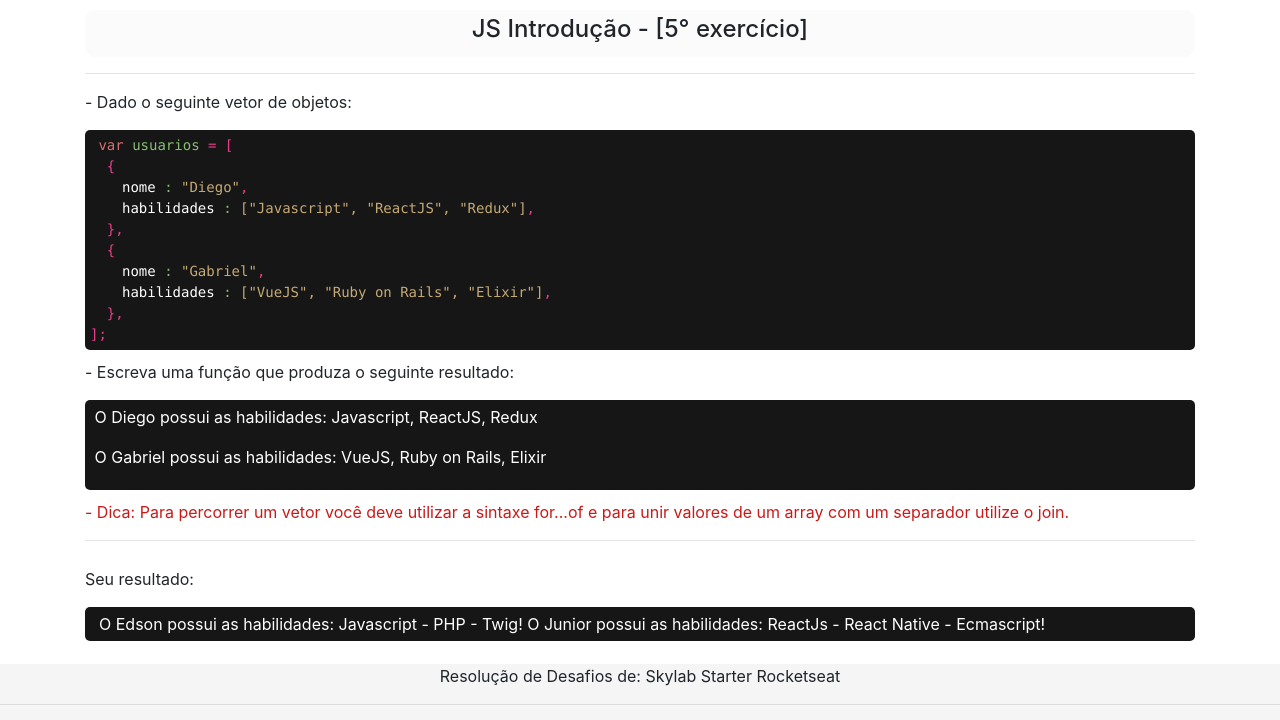
Repository: edsonjuniornarvaes/JS-Starter-Chalenge-Skylab
Page: introducao/exercicio-5/ex5.html
These files come from the project's save history. The page is drawn as it stood at one moment and after the next save; the edit follows.
The browser window is 1280 px wide. The pictures show the whole page.

Above is the page before, as saved 2020-06-10 10:35:44.

### introducao/exercicio-5/ex5.html
<html>
    <header>
        <meta charset="utf-8">
        <link rel="stylesheet" type="text/css" href="../style.css">
        <link rel='stylesheet' href='https://cdnjs.cloudflare.com/ajax/libs/twitter-bootstrap/4.5.0/css/bootstrap.css'/>
    </header>
    <body id="myBody">
        <div class="container">
            <div class="title">
                <h4>JS Introdução - [5° exercício]</h4>
            </div>
            <hr>
            <p>- Dado o seguinte vetor de objetos:</p>

            <fieldset>
                <code>
                    <span class="var">&nbsp;var</span> <span class="nameObject">usuarios </span>= [<br>
                        &nbsp;&nbsp;{<br>
                        <span class="after enbsp">nome</span><span class="pontos"> : </span><span class="before">"Diego"</span>, <br>
                        <span class="after enbsp">habilidades</span><span class="pontos"> : </span><span class="before">["Javascript", "ReactJS", "Redux"]</span>, <br>
                        &nbsp;&nbsp;},<br>
                        &nbsp;&nbsp;{<br>
                        <span class="after enbsp">nome</span><span class="pontos"> : </span><span class="before">"Gabriel"</span>, <br>
                        <span class="after enbsp">habilidades</span><span class="pontos"> : </span><span class="before">["VueJS", "Ruby on Rails", "Elixir"]</span>, <br>
                        &nbsp;&nbsp;},<br>
                        ];
                </code>
            </fieldset>
            <p>- Escreva uma função que produza o seguinte resultado:</p>
            <fieldset>
                <p>&nbsp;O Diego possui as habilidades: Javascript, ReactJS, Redux</p>
                <p>&nbsp;O Gabriel possui as habilidades: VueJS, Ruby on Rails, Elixir</p>
            </fieldset>
            <p class="dica">- Dica: Para percorrer um vetor você deve utilizar a sintaxe for...of e para unir valores de um array
                com um separador utilize o join.</p>
            <hr>
            <div class="row" id="atv5">

            </div>
            <p>Seu resultado:</p>
            <fieldset>
                <div id="setArr">
                    &nbsp;
                </div>
            </fieldset>
        </div>
    </body>
    <footer>Resolução de Desafios de: Skylab Starter Rocketseat<hr></footer>
    <script src="ex5.js"></script>
</html>

### introducao/style.css
fieldset {
    background-color: rgb(22, 22, 22);
    color: white;
    border-radius: 5px;
    padding: 5px!important;
    margin-bottom: 10px!important;
}

.dica {
    color: rgb(202, 25, 25);
}

.nameObject, .pontos {
    color: rgb(134, 192, 116);
}

.after, .txtCode {
    color: white;
}

.before {
    color: rgb(198, 170, 118);
}

.var {
    color: rgb(214, 114, 114);
}

.title {
    background: #dcdddd21;
    text-align: center;
    margin-top: 10px!important;
    padding: 5px;
    border-radius: 10px;
}

footer {
    text-align: center;
    background: #545b620f;
    width: 100%;
    height: 56px;
    position: absolute;
    bottom: 0px;
    left: 0;
}

button {
    margin-left: 5px!important;
}

.row {
    margin-bottom: 10px;
    margin-left: 0.1rem!important;
}

.enbsp {
    margin-left: 2rem;
}

### introducao/exercicio-5/ex5.js
// Exercícios: Módulo 01
(function () {

    let setArr = document.getElementById('setArr');

    var usuarios = [
      {
        nome: "Edson",
        habilidades: ["Javascript", "PHP", "Twig"]
      },
      {
        nome: "Junior",
        habilidades: ["ReactJs", "React Native", "Ecmascript"]
      }
    ]

    for(var i = 0; i <usuarios.length; i++) {
      console.log(usuarios[i]);
    }

    usuarios.forEach(params => {
      let insertDate = document.createTextNode(`O ${params.nome} possui as habilidades: ${params.habilidades.join(' - ')}! `);
      setArr.appendChild(insertDate);
    });

  })();

After the next save:
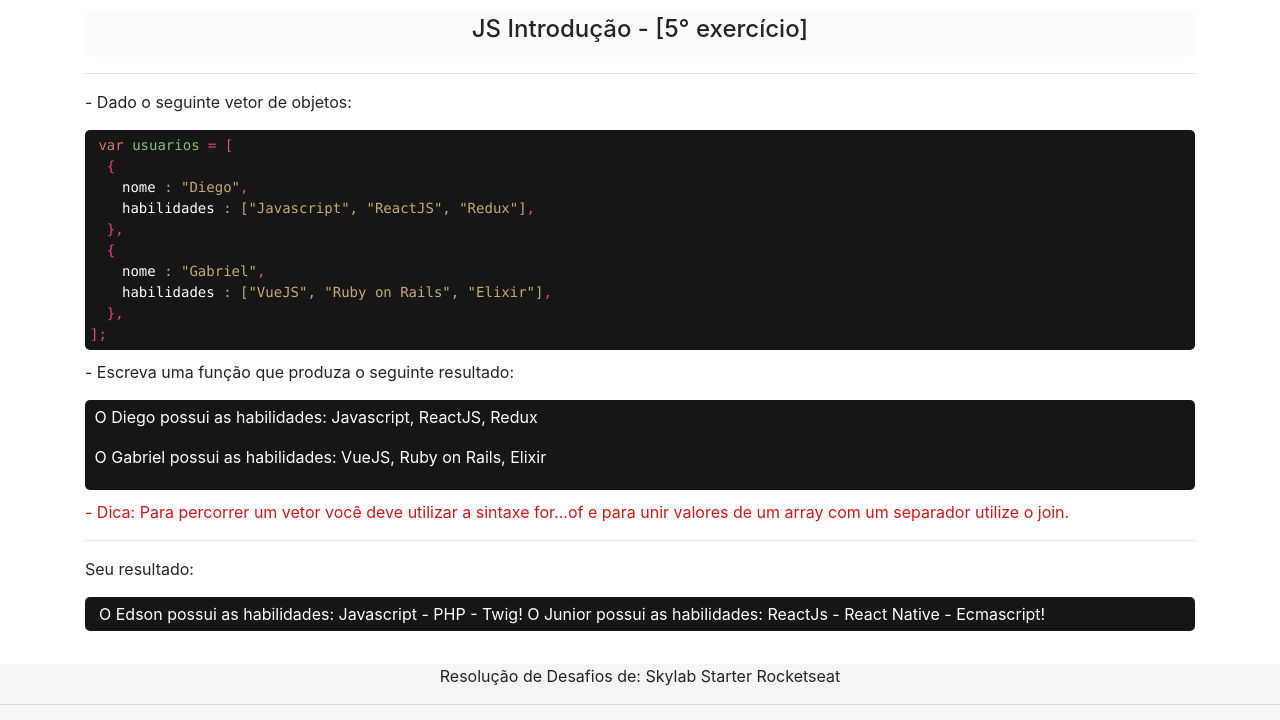
Saved 18 s later.
--- a/introducao/exercicio-5/ex5.html
+++ b/introducao/exercicio-5/ex5.html
@@ -34,9 +34,7 @@
             <p class="dica">- Dica: Para percorrer um vetor você deve utilizar a sintaxe for...of e para unir valores de um array
                 com um separador utilize o join.</p>
             <hr>
-            <div class="row" id="atv5">
 
-            </div>
             <p>Seu resultado:</p>
             <fieldset>
                 <div id="setArr">
